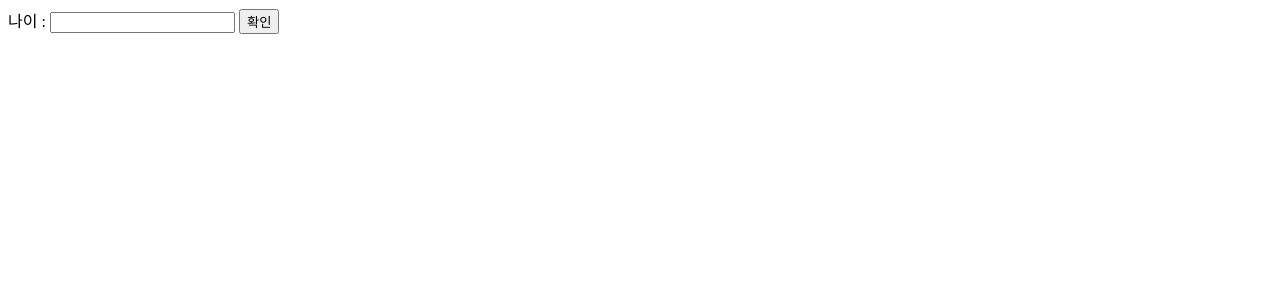
Repository: Kimhwawon/jsp_practice
Page: http://localhost/JSPBasic/JsObject/2.response/res_basic.jsp
These files come from the project's save history. The page is drawn as it stood at one moment and after the next save; the edit follows.
The browser window is 1280 px wide. The pictures show the whole page.
The page is served by Tomcat 9.

Above is the page before, as saved 2022-02-04 02:47:42.

### JSPBasic/src/main/webapp/JsObject/2.response/res_basic.jsp
<%@ page language="java" contentType="text/html; charset=UTF-8"
    pageEncoding="UTF-8"%>
<!DOCTYPE html>
<html>
<head>
<meta charset="UTF-8">
<title>미성년자 체크</title>
</head>
<body>
	<form action="res_check.jsp" method="get">
	나이 : <input type= "number" name="age">
	<input type="submit" value="확인">

	</form>
</body>
</html>

After the next save:
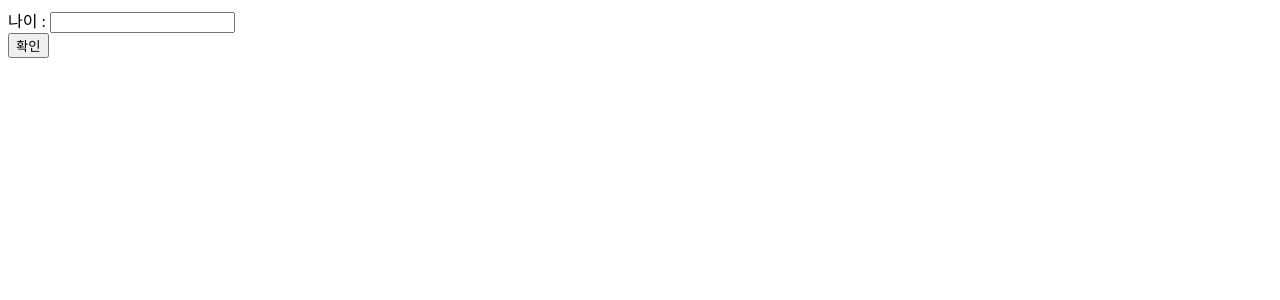
Saved 12 s later.
--- a/JSPBasic/src/main/webapp/JsObject/2.response/res_basic.jsp
+++ b/JSPBasic/src/main/webapp/JsObject/2.response/res_basic.jsp
@@ -8,7 +8,7 @@
 </head>
 <body>
 	<form action="res_check.jsp" method="get">
-	나이 : <input type= "number" name="age">
+	나이 : <input type= "number" name="age"><br/>
 	<input type="submit" value="확인">
 
 	</form>
